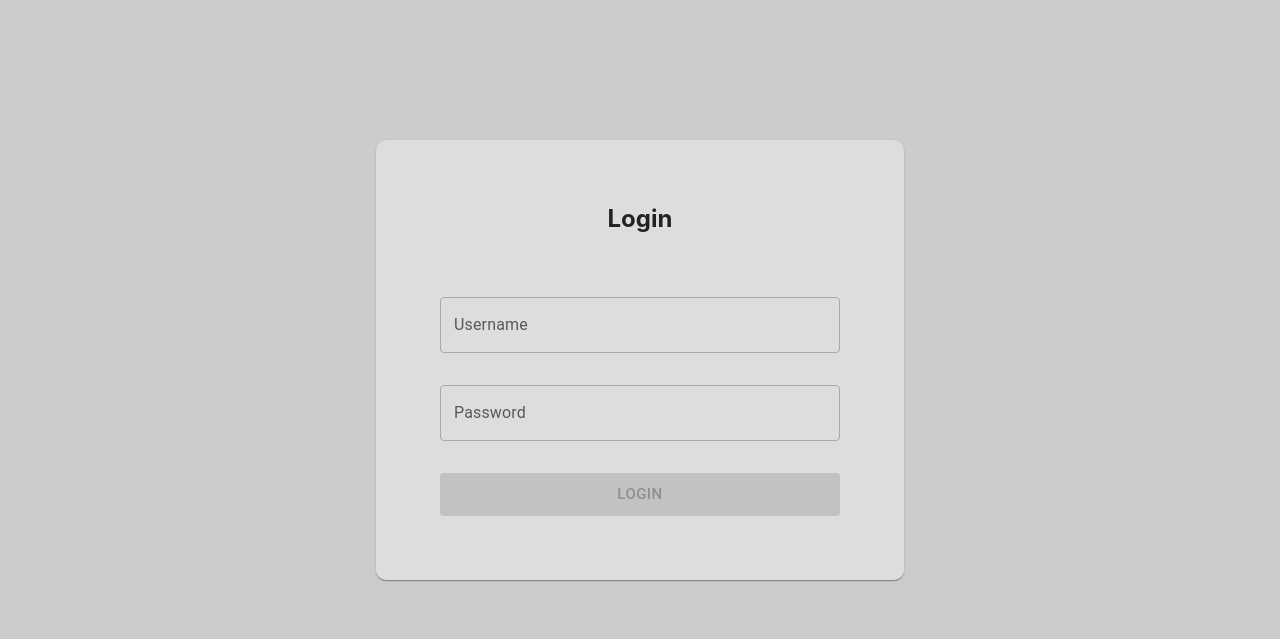
Repository: devhalo21028/learn-react
Page: /login (app in end-to-end-test/my-app/)
An editor plug-in stored every save of this project. The page is shown before and after the next save, followed by the edit.
The browser window is 1280 px wide. The pictures show the whole page.
The page's requests for data from a server got no answer. The project was rebuilt for these pictures with package versions that can differ from the ones it lists, and the page was loaded fresh each time. No one was signed in, and anything a server would have sent is missing. Also part of the build but not shown: end-to-end-test/my-app/src/general/components/Welcome/Welcome.tsx, end-to-end-test/my-app/src/auth/components/RequireAuth/RequireAuth.tsx.

Above is the page before, as saved 2022-01-18 19:06:30.

After the next save:
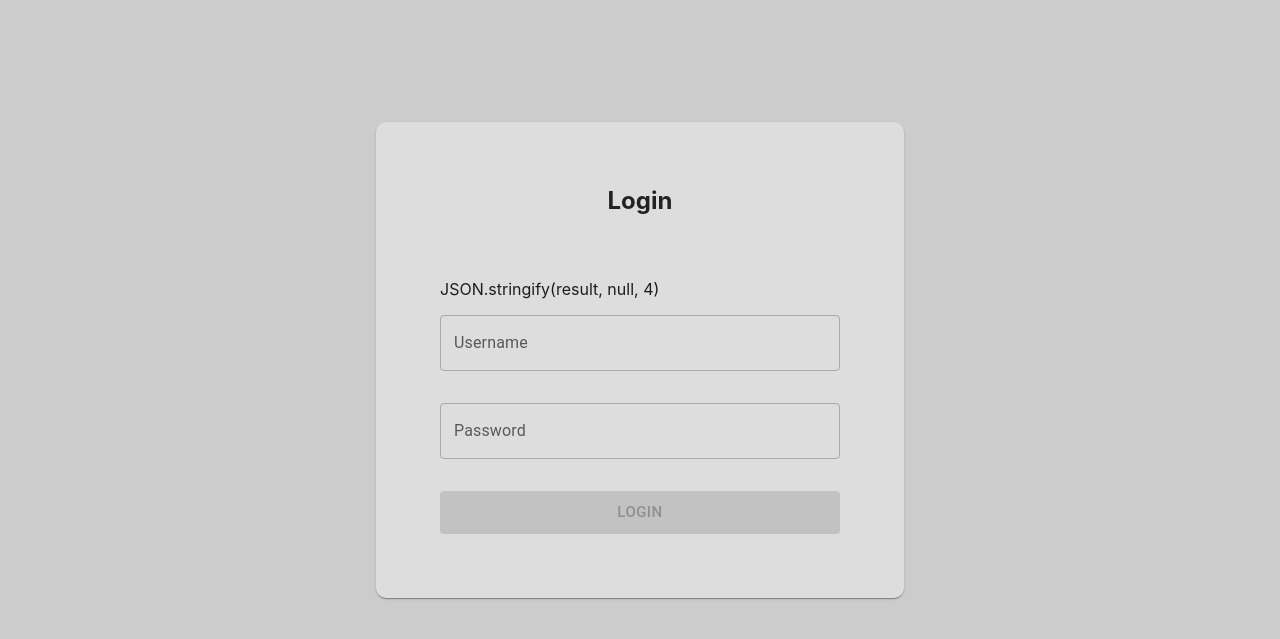
Saved 48 s later.
--- a/end-to-end-test/my-app/src/auth/components/Login/Login.tsx
+++ b/end-to-end-test/my-app/src/auth/components/Login/Login.tsx
@@ -13,8 +13,6 @@ export default function Login() {
 
   const handleFormSubmit = (data: LoginFormData) => {
     login(data);
-
-    console.log(JSON.stringify(result, null, 4));
   };
 
   return (
@@ -44,6 +42,9 @@ export default function Login() {
         >
           Login
         </h1>
+        <p>
+          JSON.stringify(result, null, 4)
+        </p>
         <LoginForm
           onSubmit={handleFormSubmit}
           isSubmitting={result.isLoading}
